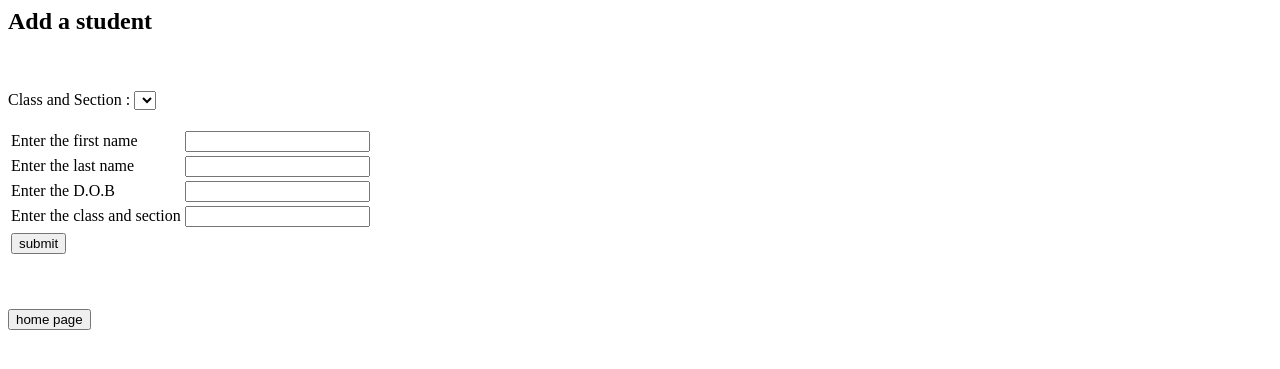
Repository: anithagnana123/Simplilearn_Phase2_project
Page: http://localhost/phase2-project/addstudent.jsp
An editor plug-in stored every save of this project. The page is shown before and after the next save, followed by the edit.
The browser window is 1280 px wide. The pictures show the whole page.
The page is served by Tomcat 9. Other server files are loaded and not shown. Queries for data that is not in the repository find no rows.

Above is the page before, as saved 2022-10-23 17:24:10.

### phase2-project/src/main/webapp/addstudent.jsp
<%@ taglib prefix="c" uri="http://java.sun.com/jsp/jstl/core"%>
<%@ taglib prefix="sql" uri="http://java.sun.com/jsp/jstl/sql"%>
<html>
<head>
    <title>classsub-list</title>
</head>
<body>
    <sql:setDataSource
    var="database"
    driver="com.mysql.cj.jdbc.Driver"
     url="jdbc:mysql://localhost:3306/learners_academy?allowPublicKeyRetrieval=true&useSSL=false"
     user="root"
     password="123456"
     />


<h2>Add a student</h2>

<br> <br>


<form action="test"  method="get">
  <table>
	 <tr>
	   <td>Enter the first name</td>
	   <td> <input type='text' name='firstName'> </td>
	 </tr>
	 <tr>
	   <td>Enter the last name</td>
	   <td> <input type='text' name='lastName'> </td>
	 </tr>
	 <tr>
	   <td>Enter the D.O.B</td>
	   <td> <input type='text' name='dateOfBirth'> </td>
	 </tr>
	 <tr>
	   <td>Enter the class and section</td>
	   <td> <input type='text' name='class_sec'> </td>
	 </tr>

    <sql:query var="rs" dataSource="${database}">
         SELECT * FROM class_info;
    </sql:query>

    <tr>
        Class and Section :
        <select name = "class_sec">
             <c:forEach var="class_info" items="${rs.rows}">
                 <option> <c:out value="${class_info.class_sec}"/> </option>
             </c:forEach>
        </select>
    </tr>

    <br> <br>
    <tr>
      <td><input type="submit" value="submit"/></td>
      <td><input type="hidden" name="operation" value="addstudent"/></td>
    </tr>
</table>
</form>

<br> <br>
<form action="welcome" method="get">
	<input type="submit" value="home page"/>
</form>

</body>
</html>

After the next save:
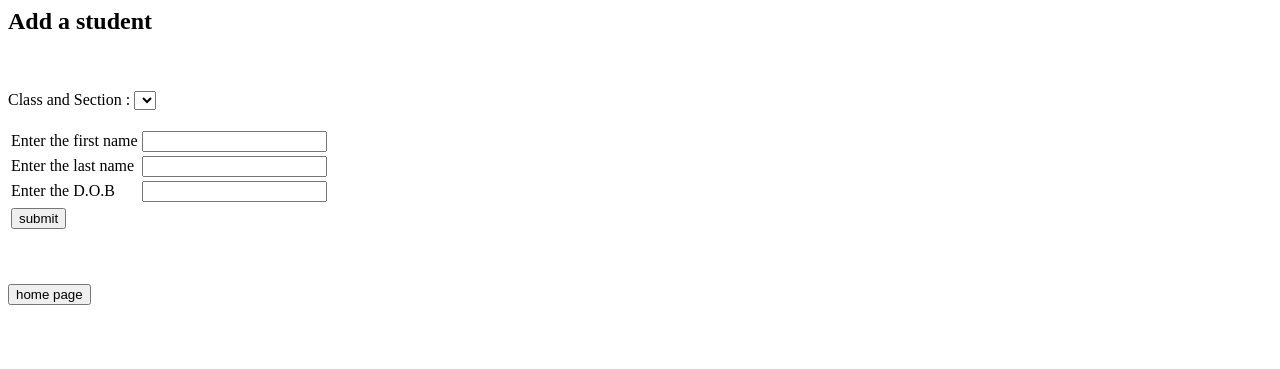
Saved 2 min 16 s later.
--- a/phase2-project/src/main/webapp/addstudent.jsp
+++ b/phase2-project/src/main/webapp/addstudent.jsp
@@ -33,10 +33,6 @@
 	   <td>Enter the D.O.B</td>
 	   <td> <input type='text' name='dateOfBirth'> </td>
 	 </tr>
-	 <tr>
-	   <td>Enter the class and section</td>
-	   <td> <input type='text' name='class_sec'> </td>
-	 </tr>
 
     <sql:query var="rs" dataSource="${database}">
          SELECT * FROM class_info;
